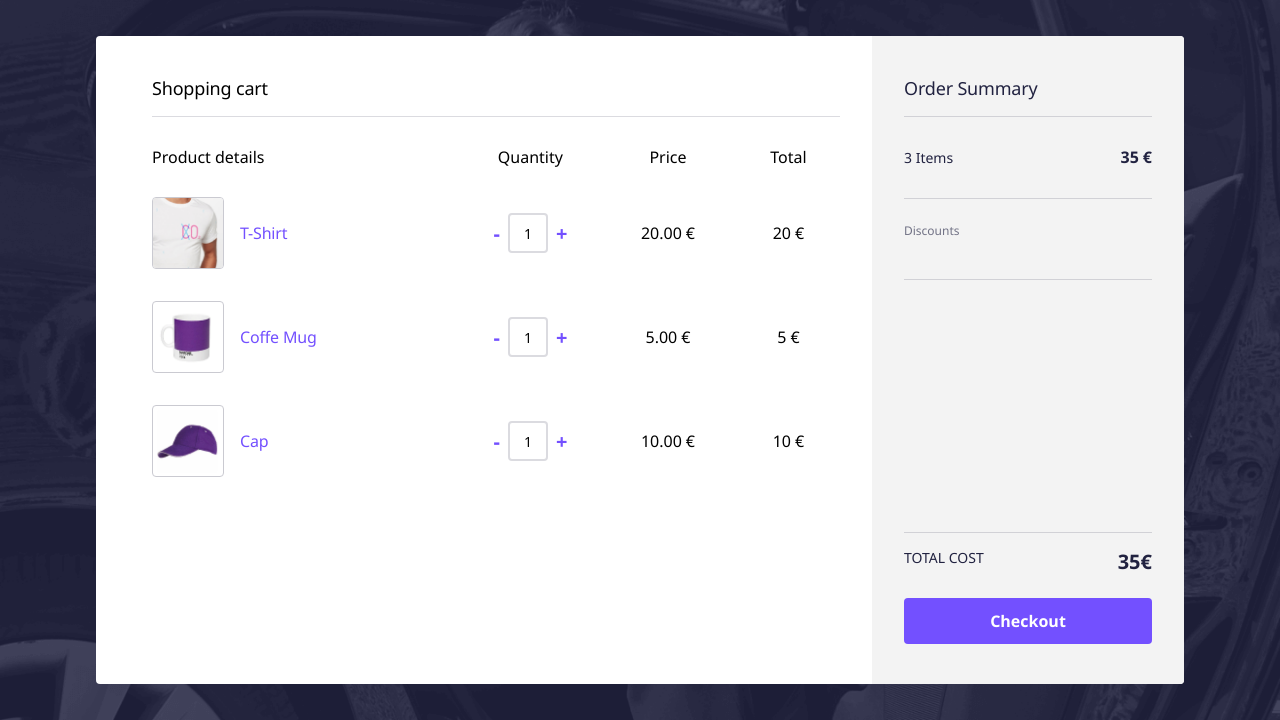
Repository: banchiec/challengecbfy
Page: /
The author's editor kept a copy of each file at every save. The page is drawn from the files as they stood at one save, then again after the next save.
The browser window is 1280 px wide. The pictures show the whole page.
An inner scrolling area shows only its first screen. Some web fonts or font styles are not loaded; a fallback is used. The project was rebuilt for these pictures with package versions that can differ from the ones it lists, and the page was loaded fresh each time. Also part of the build but not shown: craco.config.js.

Above is the page before, as saved 2021-12-10 12:48:02.

### src/index.js
import './index.css';
import App from './App';
import Checkout from './helpers/checkout'
// here a service should be called to obtain the api data
import { products } from './data/data'

import discounts from './helpers/discounts';

const purchase = new Checkout(products, discounts)
purchase.init()
App(purchase)

### src/index.css
@tailwind base;
@tailwind components;
@tailwind utilities;

body {
  margin: 0;
  font-family: -apple-system, BlinkMacSystemFont, 'Segoe UI', 'Roboto', 'Oxygen',
    'Ubuntu', 'Cantarell', 'Fira Sans', 'Droid Sans', 'Helvetica Neue',
    sans-serif;
  -webkit-font-smoothing: antialiased;
  -moz-osx-font-smoothing: grayscale;
}

code {
  font-family: source-code-pro, Menlo, Monaco, Consolas, 'Courier New',
    monospace;
}

@font-face {
  font-family: 'Avenir';
  src:local('Avenir'), url(./assets/fonts/Avenir-Black.woff) format('woff');
}

### src/App.js
import { render } from 'react-dom';
import Main from './components/main/Main'
import './App.css';

function App(purchase) {
  render(<Main purchase={purchase} />, document.getElementById('root'))
}

export default App;

### src/helpers/checkout.js
export default class Checkout {
    constructor(price, discounts = []) {
        this.price = price.reduce((acc, good) => ({ ...acc, [good.code]: good }), {})
        this.discounts = discounts
        this.cartItems = []
    }
    init() {
        this.scan('TSHIRT')
        this.scan('MUG')
        this.scan('CAP')
    }
    scan(code, argument = 1) {
        const currentCartItem = this.cartItems.find((item) => item.code === code);
        if (currentCartItem) {
            switch (argument) {
                case 1:
                    currentCartItem.count += 1;
                    break;
                case -1:
                    currentCartItem.count -= 1;
                    if (currentCartItem.count === 0) {
                        this.cartItems = this.cartItems.filter((item) => item.code !== code);
                    }
                    break;
                default:
                    currentCartItem.count = argument;
                    break;
            }
            return this;
        }
        const currentPriceItem = this.price[code];
        // console.log(this.price)
        if (currentPriceItem) {
            switch (argument) {
                case 1:
                    this.cartItems.push({ ...currentPriceItem, count: 1 });
                    break;
                case -1:
                    break;
                default:
                    this.cartItems.push({ ...currentPriceItem, count: argument });
            }
            return this;
        }
        return new Error(`product with code ${code} has not been found`);


    }
    get actualDiscounts() {
        return this.discounts.reduce(
            (acc, discount) => {
                const res = discount.check(this.items);
                if (res) return [...acc, res];
                return acc;
            }, [],
        );
    }
    get items() {
        return this.cartItems
    }

    get totalDiscount() {
        return this.actualDiscounts.reduce((acc, { discountAmount }) => acc + discountAmount, 0);
    }
    cost(code) {
        const currentCartItem = this.cartItems.find((item) => item.code === code);
        if (currentCartItem) {
            return currentCartItem.count * currentCartItem.price;
        }
        return null;
    }

    preCalc() {
        return ({
            countItems: this.cartItems.reduce((acc, item) => acc + item.count, 0),
            summaryCost: this.cartItems.reduce((acc, item) => acc + (item.count * item.price), 0),
            actualDiscounts: this.actualDiscounts,
        });
    }

    // method total will return total cost as number
    total() {
        return this.cartItems.reduce(
            (acc, item) => acc + (item.count * item.price),
            0,
        ) - this.totalDiscount;
    }
}

### src/data/data.js
import shirt from '../assets/images/shirt.png'
import mug from '../assets/images/mug.png'
import cap from '../assets/images/cap.png'
export const products = [
    {
        id: '1',
        code: 'TSHIRT',
        name: 'T-Shirt',
        price: '20.00',
        image: shirt
    },
    {
        id: '3',
        code: 'MUG',
        name: 'Coffe Mug',
        price: '5.00',
        image: mug

    },
    {
        id: '4',
        code: 'CAP',
        name: 'Cap',
        price: '10.00',
        image: cap

    }
]

### src/helpers/discounts.js
const discounts = [
    {
        name: '2-for-1-Mug',
        check: (products) => {
            const currentProduct = products.find((product) => product.code === 'MUG')
            if (currentProduct && currentProduct.count > 1) {
                return ({
                    name: '2x1 Mug offer',
                    discountAmount: Math.trunc(currentProduct.count / 2) * currentProduct.price
                })
            }
            return null
        }
    },
    {
        name: 'bulk-discount-shirt',
        check: (products) => {
            const currentProduct = products.find((product) => product.code === 'TSHIRT')
            if (currentProduct && currentProduct.count >= 3) {
                return ({
                    name: 'x3-Shirt-offer',
                    discountAmount: (currentProduct.price / 100) * 5 * currentProduct.count
                })
            }
            return null
        }
    }
]

export default discounts

### src/components/main/Main.js
import { useState } from "react"
import OrderSummery from "../OrderSummery/OrderSummery"
import { ShoppingCart } from "../shoppingCart/ShoppingCart"

export default function Main(props) {
    const { purchase } = props
    const [items, setItems] = useState(purchase.items)

    const initStateSum = purchase.preCalc()
    const initTotalCost = purchase.total()

    const [summary, setSummary] = useState({
        ...initStateSum,
        totalCost: initTotalCost
    })

    const scan = (code) => (op) => (e) => {
        switch (op) {
            case 'dec':
                purchase.scan(code, -1);
                break;
            case 'set':
                purchase.scan(code, Number(e.target.value));
                console.log(e.target.value)
                break;
            case 'inc':
                purchase.scan(code, 1);
                break;
            default:
                // unknown operation
                break;
        }
        // set new cart items list for react
        setItems([...purchase.items]);
        const newSums = purchase.preCalc();
        const newTotalCost = purchase.total();
        setSummary({
            ...newSums,
            totalCost: newTotalCost,
        });

    }
    const cost = (code) => purchase.cost(code)

    return (
        <main className="App">
            <ShoppingCart items={items} scan={scan} cost={cost} />
            <OrderSummery summary={summary} />
        </main>
    )
}

### src/App.css
* {
  box-sizing: border-box;
  outline: none;
}

html,
body,
div,
span,
applet,
object,
iframe,
h1,
h2,
h3,
h4,
h5,
h6,
p,
blockquote,
pre,
a,
abbr,
acronym,
address,
big,
button,
cite,
code,
del,
dfn,
em,
img,
ins,
kbd,
q,
s,
samp,
small,
strike,
strong,
sub,
sup,
tt,
var,
b,
u,
i,
center,
dl,
dt,
dd,
ol,
ul,
li,
fieldset,
form,
label,
legend,
table,
caption,
tbody,
tfoot,
thead,
tr,
th,
td,
article,
aside,
canvas,
details,
embed,
figure,
figcaption,
footer,
header,
hgroup,
menu,
nav,
output,
ruby,
section,
summary,
time,
mark,
audio,
video {
  margin: 0;
  padding: 0;
  border: 0;
  vertical-align: baseline;
  font: 100%;
}

/* HTML5 display-role reset for older browsers */
article,
aside,
details,
figcaption,
figure,
footer,
header,
hgroup,
menu,
nav,
section {
  display: block;
}

body {
  -webkit-font-smoothing: antialiased;
  -moz-osx-font-smoothing: grayscale;
  line-height: 1;
}

ol,
ul {
  list-style: none;
}

blockquote,
q {
  quotes: none;
}

a {
  cursor: pointer;
}

blockquote:before,
blockquote:after,
q:before,
q:after {
  content: none;
}

table {
  border-spacing: 0;
  border-collapse: collapse;
}

a {
  text-decoration: none;
}

input:not([type="checkbox"]):not([type="radio"]),
textarea {
  appearance: none;
}

input[type="number"]::-webkit-outer-spin-button,
input[type="number"]::-webkit-inner-spin-button {
  margin: 0;
  appearance: none;
}

input[type="number"] {
  appearance: textfield;
}

input::-ms-clear {
  display: none;
}

select::-ms-expand {
  display: none;
}

textarea {
  overflow: auto;
  vertical-align: top;
}

input::placeholder {
  opacity: 1;
}

h1.main {
  padding-bottom: 16px;
  border-bottom: 1px solid rgba(33, 34, 64, 0.16);
}

.wrapper.border,
.wrapper-half.border {
  border-bottom: 1px solid rgba(33, 34, 64, 0.16);
}

h2,
.products-list li.products-list-title {
  color: #a6a7b3;
  letter-spacing: 1px;
  font-size: 10px;
  line-height: 16px;
}

h2,
.product-code {
  font-size: 12px;
  line-height: 16px;
}

.product-quantity,
.summary input,
.summary ul li,
.summary-total-cost {
  font-size: 14px;
  line-height: 17px;
}

.product h1 {
  font-size: 16px;
  line-height: 24px;
}

.products button.count,
.summary-total-price {
  font-size: 20px;
  line-height: 25px;
}

h2 {
  color: #717285;
  letter-spacing: 0;
  font-weight: 300;
}

h2 + * {
  margin-top: 16px;
}

body {
  margin: 0;
  padding: 0;
  height: 100vh;
  background-image: url("./assets/images/background.png");
  background-color: #212240;
  background-position: top left;
  background-size: cover;
  font-family: Avenir, "Avenir Next", "Segoe UI", sans-serif;
  font-weight: regular;
}

.App {
  position: fixed;
  top: 50%;
  left: 50%;
  display: flex;
  overflow-x: hidden;
  overflow-y: auto;
  max-width: 1088px;
  max-height: 648px;
  width: calc(100% - 64px);
  height: calc(100% - 64px);
  border-radius: 4px;
  background-color: #ffffff;
  transform: translate(-50%, -50%);
}

h1 {
  position: relative;
  letter-spacing: -0.18px;
  font-size: 18px;
  line-height: 24px;
}

.wrapper {
  padding: 32px 0;
}

.wrapper-half {
  padding: 24px 0;
}

.tableHead {
  padding: 32px 0;
}

.row {
  position: relative;
  display: flex;
  flex-flow: row nowrap;
  justify-content: space-between;
}

.row + .row {
  margin-top: 32px;
}

[class*="col-"] {
  display: flex;
  align-items: center;
}

[class*="col-"]:nth-child(n + 2) {
  justify-content: center;
}

.col-product {
  width: 45%;
}

.col-quantity {
  width: 20%;
}

.col-price {
  width: 20%;
}

.col-total {
  width: 15%;
}

input {
  width: 100%;
  height: 48px;
  border-radius: 4px;
}

.currency {
  margin-left: 4px;
}

.products {
  padding: 40px 32px 40px 56px;
}

.products button.count {
  padding: 0 8px;
  height: 40px;
  border: none;
  background: transparent;
  color: #7350ff;
  font-weight: bold;
  cursor: pointer;
}

.products {
  flex: 1;
}

.products-list {
  position: relative;
  width: 100%;
}

.product-image {
  display: flex;
  align-items: center;
  flex-flow: row nowrap;
}

.product-image img {
  margin-right: 16px;
  width: 72px;
  height: 72px;
  border: 1px solid #cacad1;
  border-radius: 4px;
}

.product-code {
  border-radius: 4px;
  color: #a6a7b3;
  letter-spacing: 0.13px;
  font-weight: 400;
}

.product-quantity {
  width: 40px;
  height: 40px;
  border: 2px solid #dbdbe0;
  border-radius: 4px;
  text-align: center;
}

.product-price {
  color: #000000;
  font-size: 16px;
}

.product .clear {
  border: none;
  background: transparent;
}

.product .clear span {
  position: relative;
  display: block;
  width: 16px;
  height: 16px;
}

.product .clear span:before,
.product .clear span:after {
  content: "";
  position: absolute;
  top: 8px;
  left: 2px;
  display: block;
  width: 12px;
  height: 2px;
  border-radius: 8px;
  background-color: #a6a7b3;
  transform: rotate(-45deg);
  transform-origin: center center;
}

.product .clear span:before {
  transform: rotate(45deg);
}

.product h1 {
  color: #7350ff;
}

.summary {
  display: flex;
  flex-flow: column wrap;
  padding: 40px 32px;
  width: 312px;
  background-color: #f3f3f3;
  color: #212240;
}

.summary > * {
  width: 100%;
}

.summary-items-price {
  font-size: 16px;
  font-weight: bold;
}

.summary input {
  margin: 8px auto;
  color: #a6a7b3;
  text-indent: 16px;
  text-transform: uppercase;
}

.summary input::placeholder {
  color: #a6a7b3;
  text-transform: lowercase;
}

.summary ul li {
  display: flex;
  justify-content: space-between;
}

.summary ul li > *:nth-child(2) {
  font-weight: bold;
}

.summary ul li + li {
  margin-top: 20px;
}

.summary-total {
  align-self: flex-end;
  margin-top: auto;
  padding-top: 16px;
  padding-bottom: 0;
  border-top: 1px solid rgba(33, 34, 64, 0.16);
  color: #212240;
}

.summary-total-cost {
  flex-basis: 100%;
  text-transform: uppercase;
}

.summary-total-price {
  font-weight: bold;
}

.summary button[type="submit"] {
  margin-top: 24px;
  padding-top: 16px;
  padding-bottom: 16px;
  width: 100%;
  border-radius: 4px;
  background: #7350ff;
  color: #ffffff;
  font-size: 16px;
  font-weight: bold;
  line-height: 14px;
  cursor: pointer;
}

/* MODAL */
.modal {
  position: absolute ;
  width: 1088px;
  height: 648px;
  left: 176px;
  top: 126px;
  border: 1px solid green;
}
.content {
  position: absolute;
  width: 248px;
  height: 358px;
  left: 984px;
  top: 270px;
}
.background {
  position: absolute;
  width: 1440px;
  height: 904px;
  left: 0px;
  top: -2px;
}

### src/components/OrderSummery/OrderSummery.js
import React from 'react';
import { uniqueId } from 'lodash';

function OrderSummery(props) {
    const {
        summary: {
            countItems, summaryCost, actualDiscounts, totalCost,
        },
    } = props;
    return (
        <aside className="summary">
            <h1 className="main">Order Summary</h1>
            <ul className="summary-items wrapper border">
                <li>
                    <span className="summary-items-number">
                        {countItems || 0}
                        {' '}
                        Items
                    </span>
                    <span className="summary-items-price">
                        {summaryCost || 0}
                        <span className="currency">
                            €
                        </span>
                    </span>
                </li>
            </ul>
            <div className="summary-discounts wrapper-half border">
                <h2>Discounts</h2>
                {actualDiscounts && (
                    <ul>
                        {actualDiscounts.map((disc) => (
                            <li key={uniqueId()}>
                                <span>{disc.name}</span>
                                <span>
                                    -
                                    {disc.discountAmount}
                                    {' '}
                                    €
                                </span>
                            </li>
                        ))}
                    </ul>
                )}
            </div>
            <div className="summary-total wrapper">
                <ul>
                    <li>
                        <span className="summary-total-cost">
                            Total cost
                        </span>
                        <span className="summary-total-price">
                            {totalCost || 0}
                            €
                        </span>
                    </li>
                </ul>
                <button type="submit">Checkout</button>
            </div>
        </aside>
    );
}

export default OrderSummery;

### src/components/shoppingCart/ShoppingCart.js
import { uniqueId } from 'lodash'
import { CartString } from '../CartString/CartString'

export const ShoppingCart = (props) => {
    // console.log(props)
    const { items, scan, cost } = props


    const setDetails = (e) => {
        console.log(e)

    }

    return (
        <section className="products">
            <h1 className="main">Shopping cart</h1>
            <ul className="product-list tableHead">
                <li className="products-list-title row">
                    <div className="col-product">Product details</div>
                    <div className="col-quantity">Quantity</div>
                    <div className="col-price">Price</div>
                    <div className="col-total">Total</div>
                </li>
            </ul>
            <ul className="products-list">
                {items.map((item) => (
                    <CartString
                        content={item}
                        scan={scan(item.code)}
                        cost={cost(item.code)}
                        key={uniqueId()}
                        onClick={setDetails}
                    />
                ))}
            </ul>
        </section>
    )
}

### src/components/CartString/CartString.js
import { useState } from 'react'
// import DetailsModal from "../DetailsModal/DetailsModal"

export const CartString = (props) => {
    const [show, setShow] = useState(false)
    const {
        content: {
            productCode,
            name,
            count,
            image,
            price
        },
        scan,
        cost,
    } = props

    const setDetails = (e) => {
        console.log(e)
    }


    return (
        <>
            <li className="product row" onClick={setDetails}>
                <div className="col-product">
                    <figure className="product-image">
                        <img src={image} alt={image} />
                        <div className="product-description">
                            <h1 className="product-description-details">{name}</h1>
                            <p className="product-code">{productCode}</p>
                        </div>
                    </figure>
                </div>
                <div className="col-quantity">
                    <button type="button" className="count" onClick={scan('dec')}>
                        -
                    </button>
                    <input type="text" className="product-quantity" value={count} onChange={scan('set')} />
                    <button type="button" className="count" onClick={scan('inc')}>
                        +
                    </button>
                </div>
                <div className="col-price">
                    <span className="product-price">
                        {price}
                    </span>
                    <span className="product-currency currency">€</span>
                </div>
                <div className="col-total">
                    <span className="product-price">{cost}</span>
                    <span className="product-currency currency">€</span>
                </div>
            </li>
        </>
    )
}

Loaded but not shown: public/index.html (common file); tailwind.config.js (common file)

After the next save:
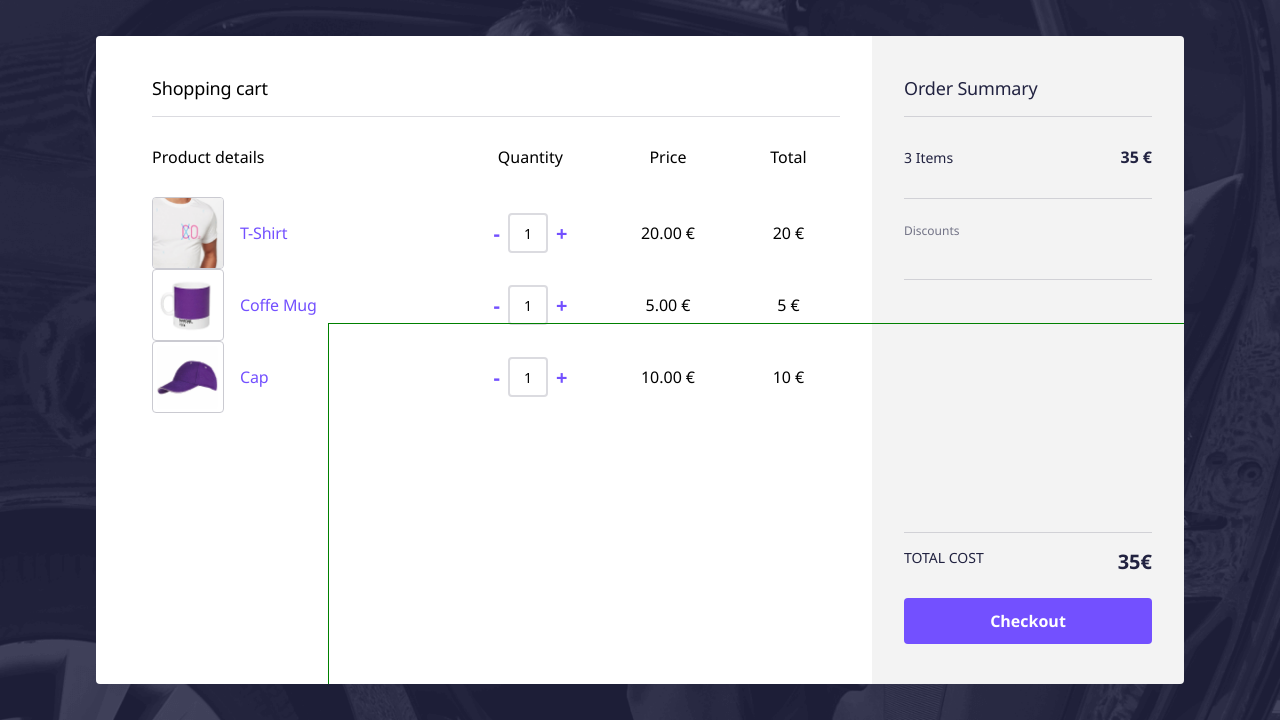
Saved 3 s later.
--- a/src/components/CartString/CartString.js
+++ b/src/components/CartString/CartString.js
@@ -22,6 +22,9 @@ export const CartString = (props) => {
 
     return (
         <>
+            <div className="modal">
+                <div className="content"></div>
+            </div>
             <li className="product row" onClick={setDetails}>
                 <div className="col-product">
                     <figure className="product-image">
